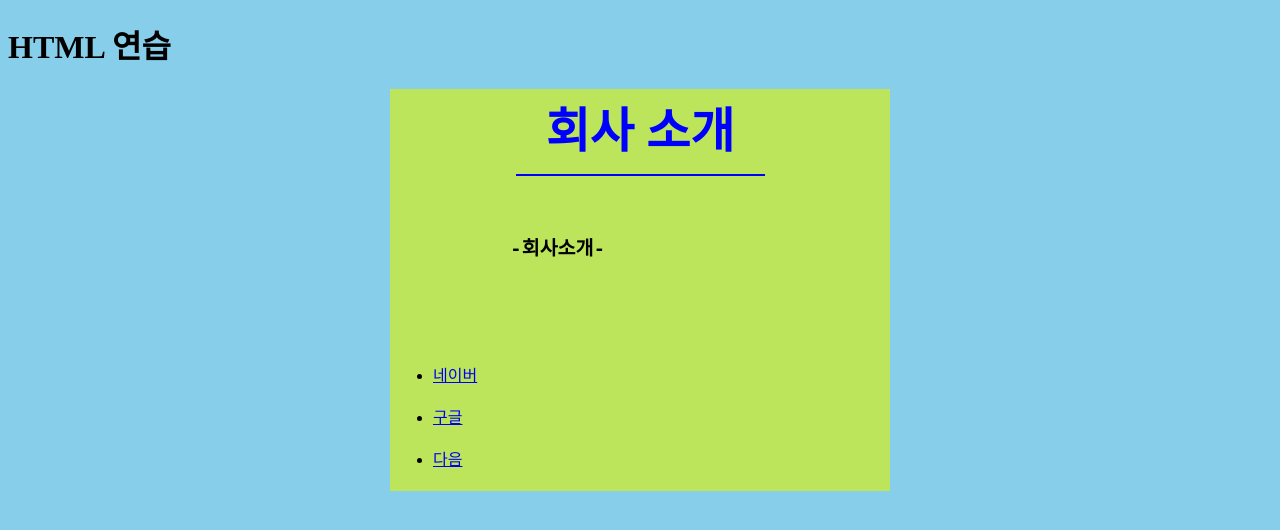
Repository: leeseungho1994/test09
Page: html/NewFile.html
The author's editor kept a copy of each file at every save. The page is drawn from the files as they stood at one save, then again after the next save.
The browser window is 1280 px wide. The pictures show the whole page.

Above is the page before, as saved 2020-10-29 09:14:35.

### html/NewFile.html
<!DOCTYPE html>
<html>
<head>
<meta charset="UTF-8">
<title>Insert title here</title>
</head>
<body style="background-color: skyblue;">
	<h1>HTML 연습</h1>
	<table style="background-color: #BCE55C;" align="center" width="500">
		<tr>
			<th><font size="7" face="궁서체" color="blue">회사 소개</font></th>

		</tr>
		<tr>
			<th><hr width="50%" align="center" color="blue"></th>
		</tr>
		<tr>
			<td><pre>
					<h2>	  -회사소개-
			</h2>
				</pre></td>
		</tr>
		<tr>
			<td><ul>
					<li><a href="https://www.naver.com/">네이버</a></li>
					<br>
					<li><a href="https://www.google.co.kr/">구글</a></li>
					<br>
					<li><a href="https://www.google.co.kr/">다음</a></li>
				</ul></td>
		</tr>
		<tr>

		</tr>
	</table>
</body>
</html>

After the next save:
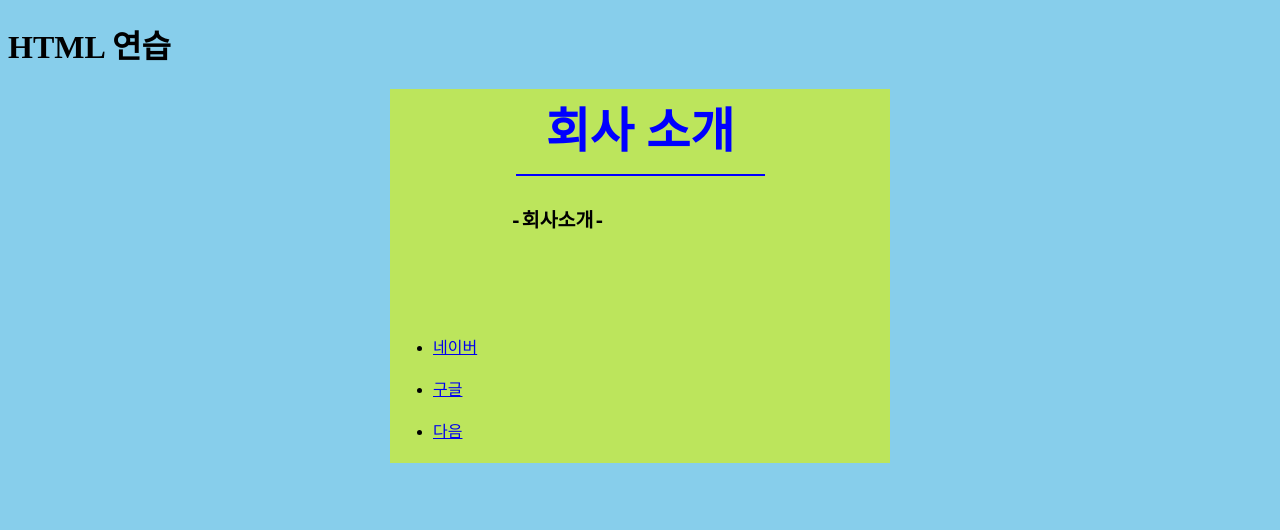
Saved 6 s later.
--- a/html/NewFile.html
+++ b/html/NewFile.html
@@ -15,8 +15,7 @@
 			<th><hr width="50%" align="center" color="blue"></th>
 		</tr>
 		<tr>
-			<td><pre>
-					<h2>	  -회사소개-
+			<td><pre><h2>	  -회사소개-
 			</h2>
 				</pre></td>
 		</tr>
